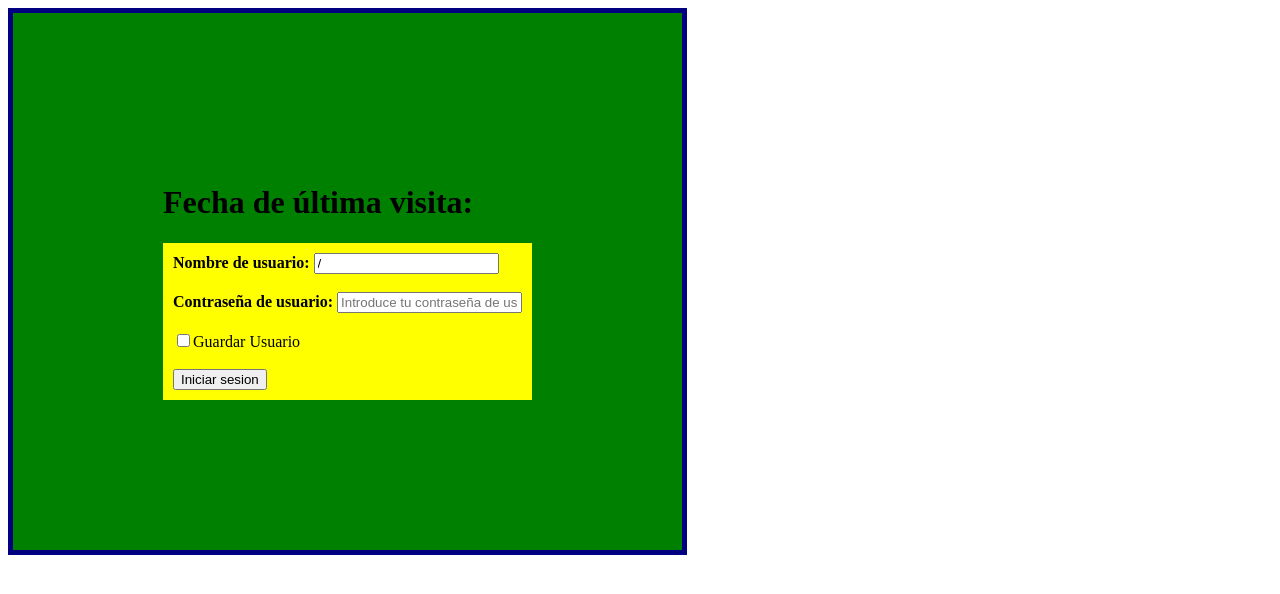
Repository: angegon/Developing-Applications-for-the-Java-EE-Platform
Page: http://localhost/21_validacion_servlet_jsp_mas_cookie_usuario/login.jsp
An editor plug-in stored every save of this project. The page is shown before and after the next save, followed by the edit.
The browser window is 1280 px wide. The pictures show the whole page.
The page is served by Tomcat 9. Other server files are loaded and not shown.

Above is the page before, as saved 2016-12-23 18:32:48.

### javaee/21_validacion_servlet_jsp_mas_cookie_usuario/WebContent/login.jsp
<%@ page language="java" contentType="text/html; charset=ISO-8859-1"
    pageEncoding="ISO-8859-1"%>
<!DOCTYPE html PUBLIC "-//W3C//DTD HTML 4.01 Transitional//EN" "http://www.w3.org/TR/html4/loose.dtd">
<html>
<head>
<meta http-equiv="Content-Type" content="text/html; charset=ISO-8859-1">
<title>Insert title here</title>
</head>
<body>
<form action="comprobarPassword" method="post">
<div style="float:left; background-color: green; padding: 150px ; border: 5px solid navy">

	<%!private String obtenerCookie(HttpServletRequest request) {
		String valor = "";
		Cookie[] todas = request.getCookies();
		if (todas != null) {
			for (Cookie ck : todas) {
				if (ck.getName().equals("usuario")) {
					valor = ck.getValue();
					break;
				}
			}
		}
		return valor;
	}%>

		<h1>
		Fecha de última visita:
		<%=obtenerCookie(request)%></h1>

	<div style="background-color: yellow; padding: 10px">
	<b>Nombre de usuario:</b> <input type="text" name="usuario" placeholder="Introduce tu nombre de usuario" value=<%=obtenerCookie(request)%>/>
	</br></br>
	<b>Contraseña de usuario: </b><input type="password" name="password" placeholder="Introduce tu contraseña de usuario"/>
	</br></br>
	<input type="checkbox" name="cookie" value="cookie">Guardar Usuario
	</br></br>
	<input type="submit" value="Iniciar sesion"/>
	</div>
</div>

</form>
</body>
</html>

After the next save:
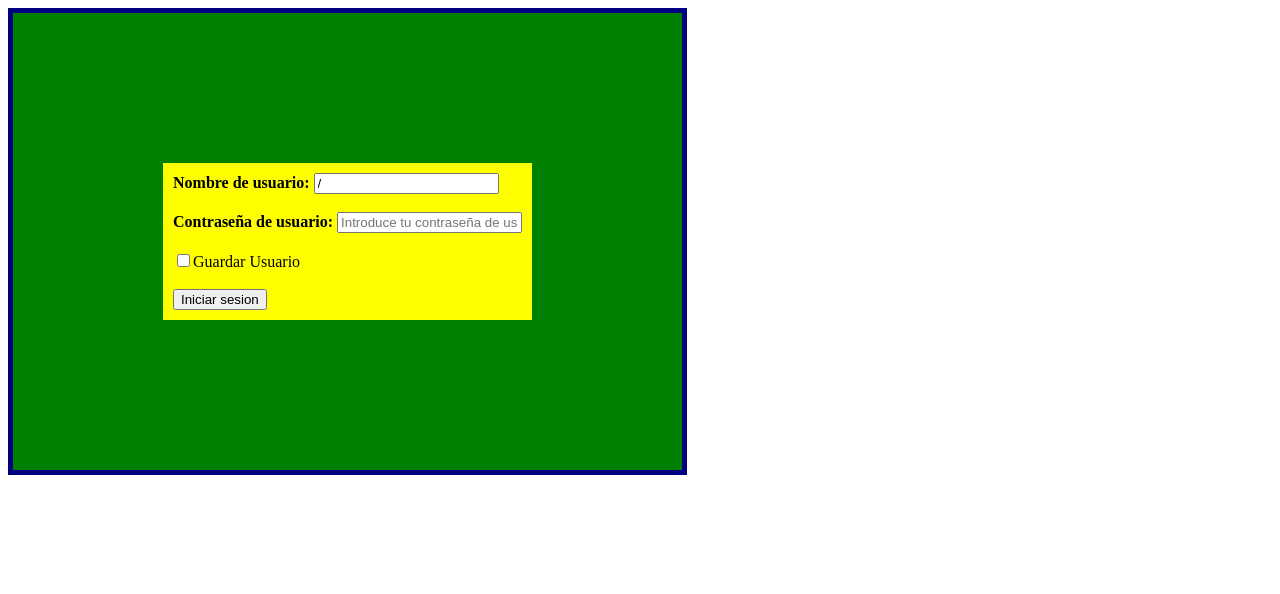
Saved 4 s later.
--- a/javaee/21_validacion_servlet_jsp_mas_cookie_usuario/WebContent/login.jsp
+++ b/javaee/21_validacion_servlet_jsp_mas_cookie_usuario/WebContent/login.jsp
@@ -24,9 +24,7 @@
 		return valor;
 	}%>
 
-		<h1>
-		Fecha de última visita:
-		<%=obtenerCookie(request)%></h1>
+
 
 	<div style="background-color: yellow; padding: 10px">
 	<b>Nombre de usuario:</b> <input type="text" name="usuario" placeholder="Introduce tu nombre de usuario" value=<%=obtenerCookie(request)%>/>
